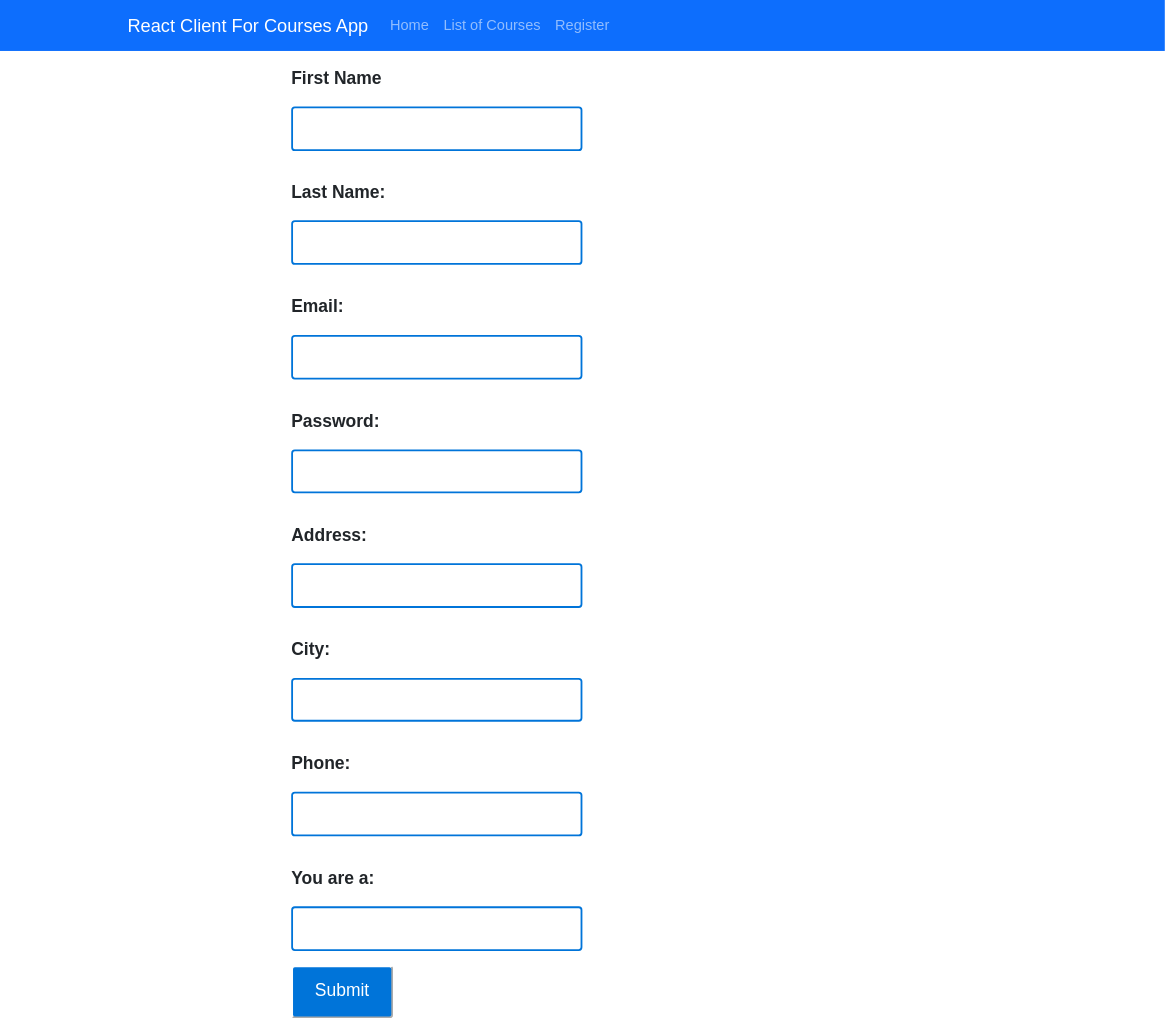
Repository: jmmunoz14/EmergingTech-GroupProject
Page: /register (app in frontend/)
The author's editor kept a copy of each file at every save. The page is drawn from the files as they stood at one save, then again after the next save.
The browser window is 1280 px wide. The pictures show the whole page, at 91% of full size.
The project was rebuilt for these pictures with package versions that can differ from the ones it lists, and the page was loaded fresh each time. Also part of the build but not shown: frontend/src/components/Home.js, frontend/src/components/CourseList.js, frontend/src/components/NewCourseForm.js, frontend/src/components/EditCourse.js.

Above is the page before, as saved 2023-04-19 01:11:45.

### frontend/src/App.js
import React from 'react'
import {
  BrowserRouter as Router,
  Route,
  Link,
  Redirect,
  Routes,
} from 'react-router-dom'
//
// This app requires react-bootstrap and bootstrap installed:
//    npm install react-bootstrap bootstrap
//
import 'bootstrap/dist/css/bootstrap.min.css'
import Navbar from 'react-bootstrap/Navbar'
import Nav from 'react-bootstrap/Nav'
import Container from 'react-bootstrap/Container'
import './App.css'

import { ApolloProvider } from '@apollo/client'
import client from './apollo/client'

import Home from './components/Home'
import CourseList from './components/CourseList'
import NewCourseForm from './components/NewCourseForm'
import EditCourse from './components/EditCourse'
import Register from './components/Register'
//
function App() {
  return (
    <ApolloProvider client={client}>
      <Router>
        <Navbar bg="primary" variant="dark" expand="lg">
          <Container>
            <Navbar.Brand href="#home">
              React Client For Courses App
            </Navbar.Brand>
            <Navbar.Toggle aria-controls="basic-navbar-nav" />
            <Navbar.Collapse id="basic-navbar-nav">
              <Nav className="mr-auto">
                <Nav.Link as={Link} to="/home">
                  Home
                </Nav.Link>
                <Nav.Link as={Link} to="/courseslist">
                  List of Courses
                </Nav.Link>
                <Nav.Link as={Link} to="/register">
                  Register
                </Nav.Link>
              </Nav>
            </Navbar.Collapse>
          </Container>
        </Navbar>

        <div>
          <Routes>
            <Route index element={<Home />} />
            <Route path="home" element={<Home />} />
            <Route path="register" element={<Register />} />
            <Route path="courseslist" element={<CourseList />} />
            <Route path="course/:id" element={<EditCourse />} />
            <Route path="addcourse" element={<NewCourseForm />} />
          </Routes>
        </div>
      </Router>
    </ApolloProvider>
  )
}
//<Route render ={()=> < App />} path="/" />
export default App

### frontend/src/App.css
.App {
  text-align: center;
}

.App-logo {
  height: 40vmin;
  pointer-events: none;
}

@media (prefers-reduced-motion: no-preference) {
  .App-logo {
    animation: App-logo-spin infinite 20s linear;
  }
}

.App-header {
  background-color: #282c34;
  min-height: 100vh;
  display: flex;
  flex-direction: column;
  align-items: center;
  justify-content: center;
  font-size: calc(10px + 2vmin);
  color: white;
}

.App-link {
  color: #61dafb;
}

@keyframes App-logo-spin {
  from {
    transform: rotate(0deg);
  }
  to {
    transform: rotate(360deg);
  }
}

.container {
  margin: 0 auto;
  width: 80%;
  text-align: center;
  font-family: Arial, sans-serif;
}

.heading {
  font-size: 2rem;
  margin-bottom: 1rem;
}

.add-btn {
  margin-bottom: 2rem;
}

.search {
  display: inline-block;
  padding: 0.8rem 1.5rem;
  background-color: #0074D9;
  color: #fff;
  text-decoration: none;
  border-radius: 4px;
}

.search:hover {
  background-color: #0059B3;
  color: #fff;

}

.course-list {
  list-style-type: none;
  padding: 0;
  margin: 0;
}

.course-item {
  margin-bottom: 1rem;
  font-size: 1.2rem;
}

.link {
  color: #0074D9;
  text-decoration: none;
}

.link:hover {
  text-decoration: underline;
}

.add-form {
  display: flex;
  flex-direction: column;
  align-items: center;
  justify-content: center;
  width: 50%;
  margin: 0 auto;
  font-family: Arial, sans-serif;
  align-items: flex-start;
}


.form-label {
  margin: 1rem 0;
  font-size: 1.2rem;
  font-weight: bold;
}

.input-container{
  width: 50%;
}

.form-input {
  width: 100%;
  padding: 0.5rem;
  margin-bottom: 1rem;
  font-size: 1.2rem;
  border: 2px solid #0074D9;
  border-radius: 4px;
}

.form-input:focus {
  outline: none;
  border-color: #000000;
}

.form-button {
  display: inline-block;
  padding: 0.8rem 1.5rem;
  background-color: #0074D9;
  color: #fff;
  font-size: 1.2rem;
  text-align: center;
  text-decoration: none;
  border-radius: 4px;
  cursor: pointer;
  border-color: #ffffff;

}

.form-button:hover {
  background-color: #0059B3;
}

.delete-button {
  display: inline-block;
  padding: 0.8rem 1.5rem;
  background-color: #d93300;
  color: #fff;
  font-size: 1.2rem;
  text-align: center;
  text-decoration: none;
  border-radius: 4px;
  cursor: pointer;
  border-color: #ffffff;

}

.delete-button:hover {
  background-color: #a72701;
}

.form-error {
  color: red;
  margin-top: 1rem;
  font-size: 1.2rem;
}

### frontend/src/apollo/client.js
import { ApolloClient, InMemoryCache } from '@apollo/client'

const client = new ApolloClient({
  uri: 'http://localhost:5000/courses',
  cache: new InMemoryCache(),
})

export default client

### frontend/src/components/Register.js
import React, { useState } from 'react'
import { useMutation } from '@apollo/client'
import { useNavigate } from 'react-router-dom'

import { registration } from '../queries/queries'

const Register = () => {
  const history = useNavigate()

  const [firstName, setFirstName] = useState('')
  const [lastName, setLastName] = useState('')
  const [email, setEmail] = useState('')
  const [password, setPassword] = useState('')
  const [address, setAddress] = useState('')
  const [city, setCity] = useState('')
  const [phone, setPhone] = useState('')
  const [usertype, setUsertype] = useState('')

  const [register, { loading, error }] = useMutation(registration, {onCompleted() {
      history('/courseslist')
    },
  })

  const handleSubmit = (event) => {
    event.preventDefault()
    register({
      variables: {
        firstName,
        lastName,
        email,
        password,
        address,
        city,
        phone,
        usertype,
      },
    })
    setFirstName('')
    setLastName('')
    setEmail('')
    setPassword('')
    setAddress('')
    setCity('')
    setPhone('')
    setUsertype('')
  }

  return (
    <form className="add-form" onSubmit={handleSubmit}>
      <div className="input-container">
        <label className="form-label" htmlFor="firstName">
          First Name
        </label>
        <input
          className="form-input"
          type="text"
          id="firstName"
          value={firstName}
          onChange={(e) => setFirstName(e.target.value)}
        />
      </div>
      <div className="input-container">
        <label className="form-label" htmlFor="lastName">
          Last Name:
        </label>
        <input
          className="form-input"
          type="text"
          id="lastName"
          value={lastName}
          onChange={(e) => setLastName(e.target.value)}
        />
      </div>
      <div className="input-container">
        <label className="form-label" htmlFor="email">
          Email:
        </label>
        <input
          className="form-input"
          type="text"
          id="email"
          value={email}
          onChange={(e) => setEmail(e.target.value)}
        />
      </div>
      <div className="input-container">
        <label className="form-label" htmlFor="password">
          Password:
        </label>
        <input
          className="form-input"
          type="text"
          id="password"
          value={password}
          onChange={(e) => setPassword(e.target.value)}
        />
      </div>
      <div className="input-container">
        <label className="form-label" htmlFor="address">
          Address:
        </label>
        <input
          className="form-input"
          type="text"
          id="address"
          value={address}
          onChange={(e) => setAddress(e.target.value)}
        />
      </div>
      <div className="input-container">
        <label className="form-label" htmlFor="city">
          City:
        </label>
        <input
          className="form-input"
          type="text"
          id="city"
          value={city}
          onChange={(e) => setCity(e.target.value)}
        />
      </div>
      <div className="input-container">
        <label className="form-label" htmlFor="phone">
          Phone:
        </label>
        <input
          className="form-input"
          type="number"
          id="phone"
          value={phone}
          onChange={(e) => setPhone(e.target.value)}
        />
      </div>
      {/*<div className="input-container">
        <label className="form-label" htmlFor="usertype">
            You are a:
        </label>
        <select
            className="form-select"
            id="usertype"
            value={usertype}
            onChange={(e) => setUsertype(e.target.value)} >
            <option value="">Select your user type</option>
            <option value="nurse">Nurse</option>
            <option value="patient">Patient</option>
        </select>
  </div>*/}
      <div className="input-container">
        <label className="form-label" htmlFor="usertype">
          You are a:
        </label>
        <input
          className="form-input"
          type="text"
          id="usertype"
          value={usertype}
          onChange={(e) => setUsertype(e.target.value)}
        />
      </div>
      <button className="form-button" type="submit" disabled={loading}>
        Submit
      </button>
      {error && <p>Error adding user: {error.message}</p>}
    </form>
  )
}

export default Register

### frontend/src/queries/queries.js
import { gql } from '@apollo/client'

export const registration = gql`
  mutation registration(
    $email: String!,
    $password: String!,
    $firstName: String!,
    $lastName: String!,
    $address: String!,
    $city: String!,
    $phone: String!,
    $usertype:String!
  ) {
    registration(
          email: $email,
          password: $password
          firstName:$firstName
          lastName:$lastName
          address:$address
          city:$city
          phone:$phone
          usertype:$usertype
    ) {
      _id
          email
          password
          firstName
          lastName
          address
          city
          phone
          usertype
    }
  }
`

export const GET_COURSES = gql`
  query GetCourses {
    courses {
      _id
      courseCode
      courseName
      section
      semester
    }
  }
`
export const DELETE_COURSE = gql`
  mutation($_id: String!) {
    deleteCourse(_id: $_id) {
      _id
      courseCode
      courseName
      section
      semester
    }
  }
`

export const ADD_COURSE = gql`
  mutation AddCourse(
    $courseCode: String!
    $courseName: String!
    $section: String!
    $semester: String!
  ) {
    addCourse(
      courseCode: $courseCode
      courseName: $courseName
      section: $section
      semester: $semester
    ) {
      _id
      courseCode
      courseName
      section
      semester
    }
  }
`

export const GET_COURSE = gql`
  query GetCourse($_id: String!) {
    course(_id: $_id) {
      _id
      courseCode
      courseName
      section
      semester
    }
  }
`

export const EDIT_COURSE = gql`
  mutation EditCourse(
    $_id: String!
    $courseCode: String!
    $courseName: String!
    $section: String!
    $semester: String!
  ) {
    editCourse(
      _id: $_id
      courseCode: $courseCode
      courseName: $courseName
      section: $section
      semester: $semester
    ) {
      _id
      courseCode
      courseName
      section
      semester
    }
  }
`

Loaded but not shown: frontend/public/index.html (common file); frontend/src/index.js (common file); frontend/src/index.css (common file); frontend/src/reportWebVitals.js (common file)

After the next save:
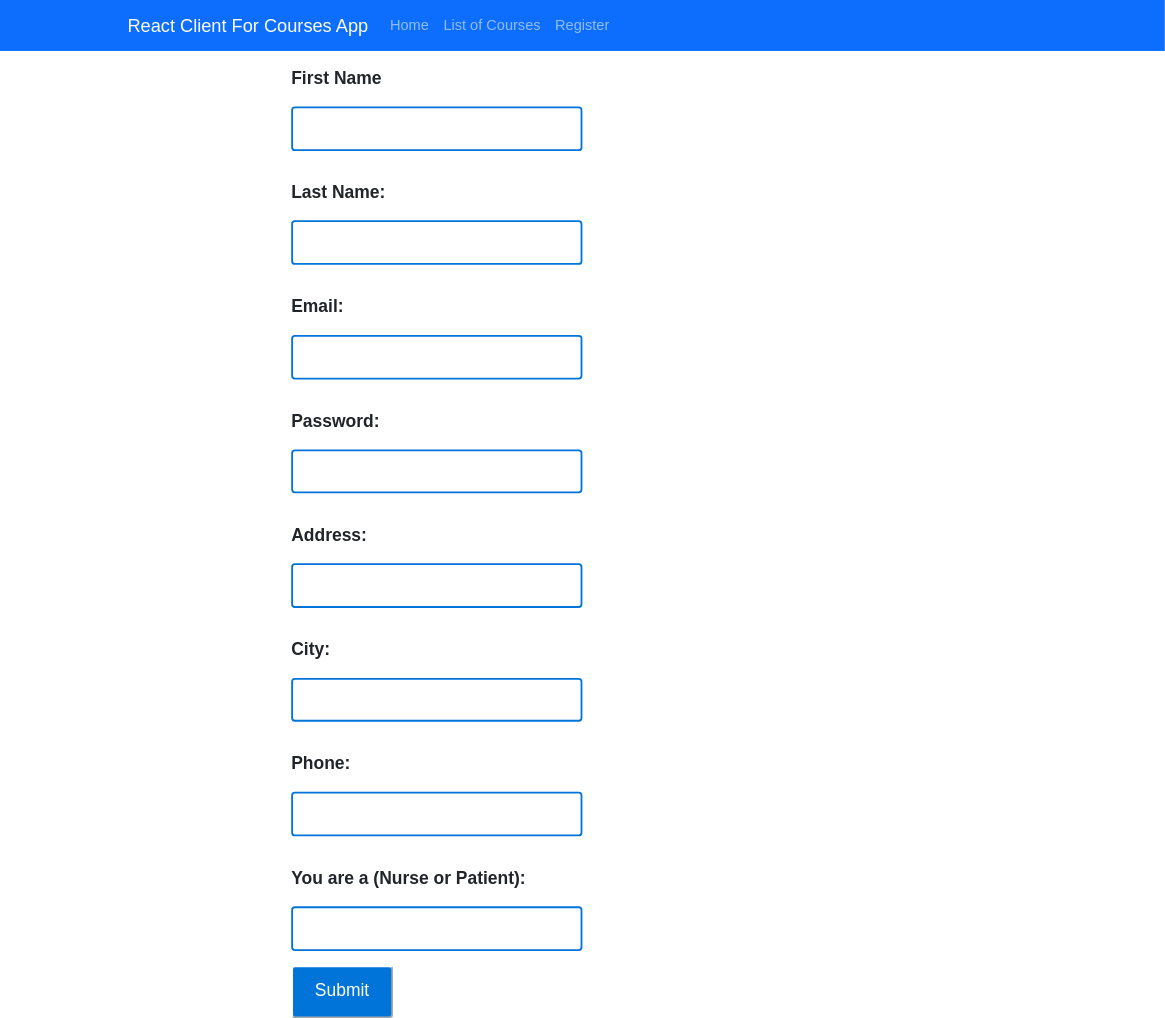
Saved 68 s later.
--- a/frontend/src/components/Register.js
+++ b/frontend/src/components/Register.js
@@ -147,7 +147,7 @@ const Register = () => {
   </div>*/}
       <div className="input-container">
         <label className="form-label" htmlFor="usertype">
-          You are a:
+          You are a (Nurse or Patient):
         </label>
         <input
           className="form-input"
